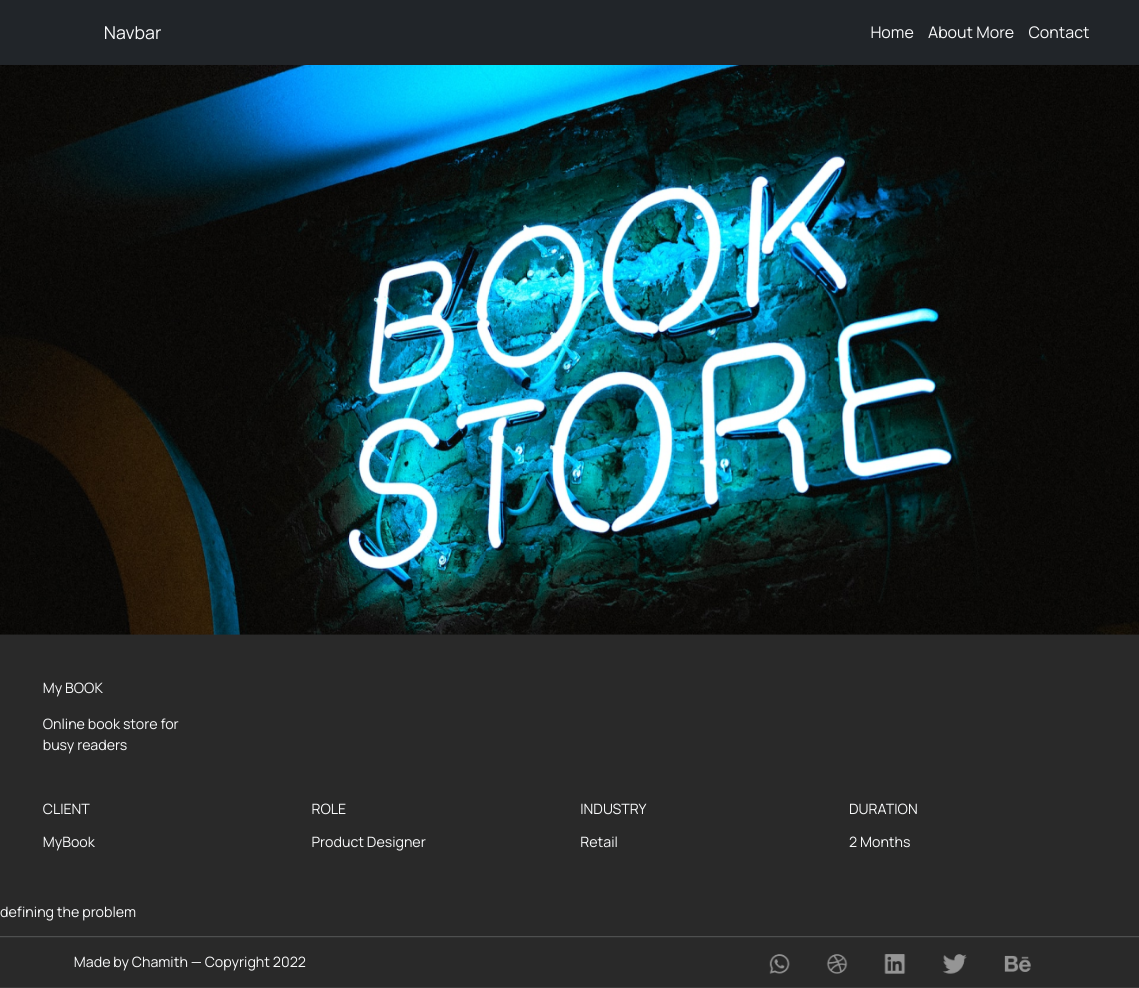
Repository: Realchamithweb/chamith-html
Page: work.html
These files come from the project's save history. The page is drawn as it stood at one moment and after the next save; the edit follows.
The browser window is 1280 px wide. The pictures show the whole page, at 89% of full size.

Above is the page before, as saved 2023-01-24 07:18:36.

After the next save:
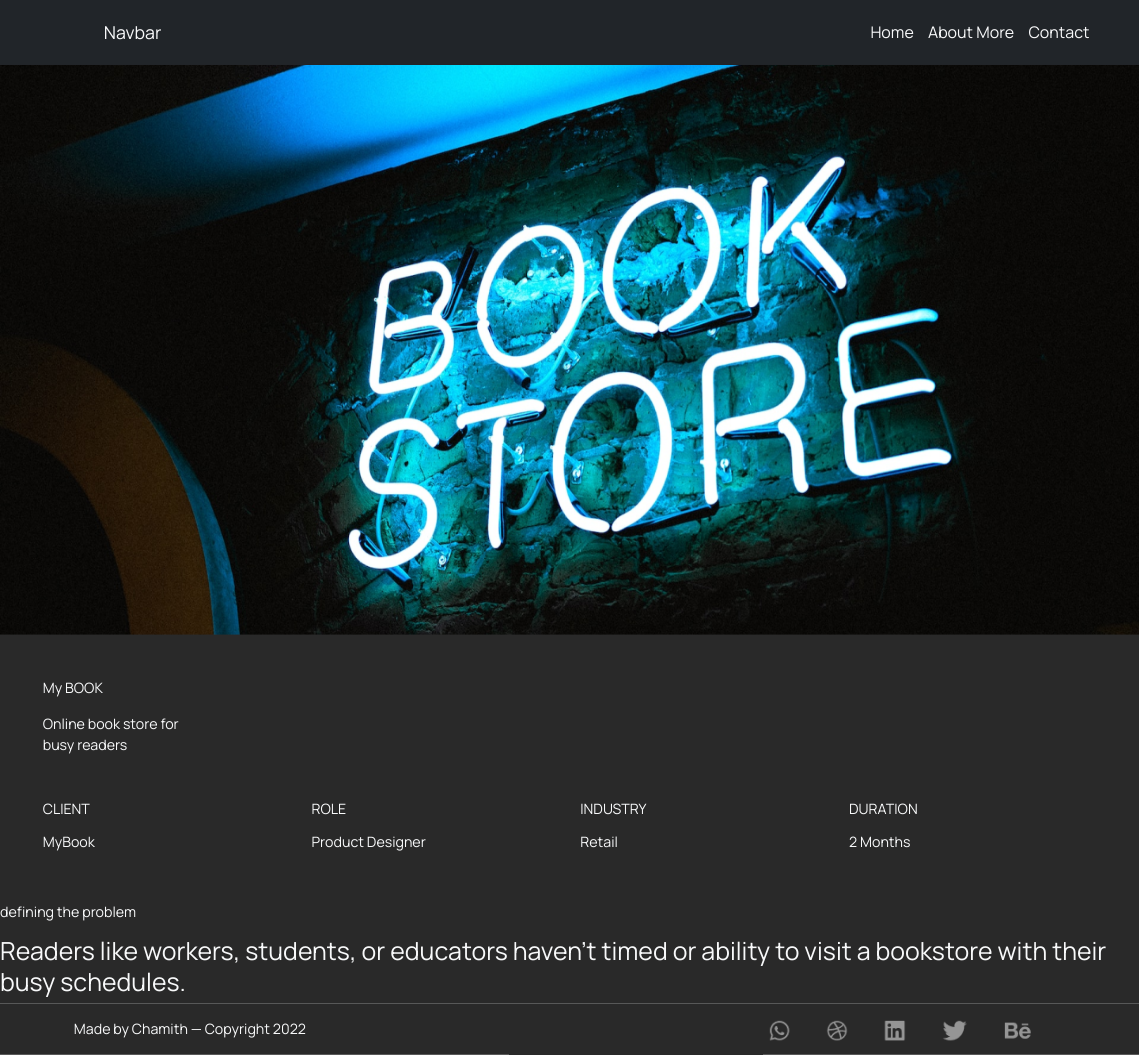
Saved 18 s later.
--- a/work.html
+++ b/work.html
@@ -72,7 +72,7 @@
                 <div class="row">
                     <div class="col-lg-12 text-light">
                         <p>defining the problem</p>
-                        <h3></h3>
+                        <h3>Readers like workers, students, or educators haven't timed or ability to visit a bookstore with their busy schedules.</h3>
                     </div>
                 </div>
             </section>
